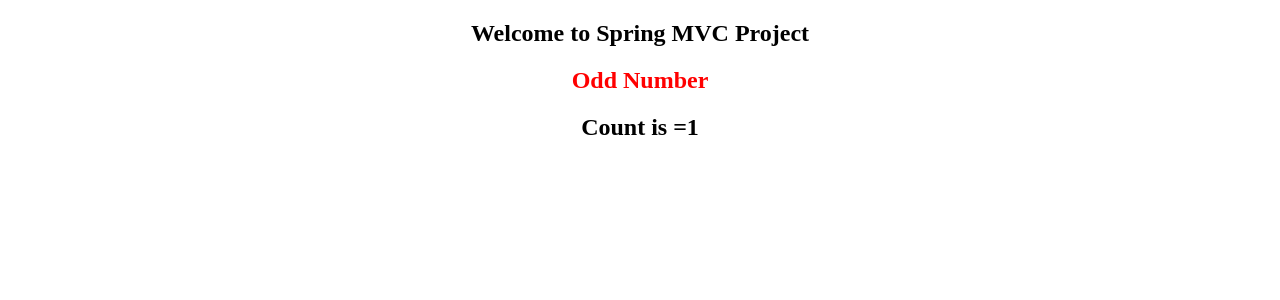
Repository: PragatiShinde16/SpringMVCDemo
Page: http://localhost/SpringMVCProject/views/login.jsp
An editor plug-in stored every save of this project. The page is shown before and after the next save, followed by the edit.
The browser window is 1280 px wide. The pictures show the whole page.
The page is served by Tomcat 9. Other server files are loaded and not shown.

Above is the page before, as saved 2024-08-27 05:11:11.

### SpringMVCProject/src/main/webapp/views/login.jsp
<%@ page language="java" contentType="text/html; charset=ISO-8859-1"
    pageEncoding="ISO-8859-1"%>
<!DOCTYPE html>
<html>
<head>
<meta charset="ISO-8859-1">
<title>Insert title here</title>
</head>
<body style="text-align: center; margin:10px;">
	<h2>Welcome to Spring MVC Project</h2>

	<%!
		int cnt = 0;
	%>
	<%
		cnt++;
		if(cnt % 2 == 0){
			// out.println("Even Number");
	%>
	<h2 style = "color:green;">Even Number</h2>
	<%
		}else{
			// out.println("Odd Number");
	%>
	<h2 style = "color:red;">Odd Number</h2>
	<%
		}
	%>

	<h2>Count is =<%=
		cnt
	%></h2>
</body>
</html>

After the next save:
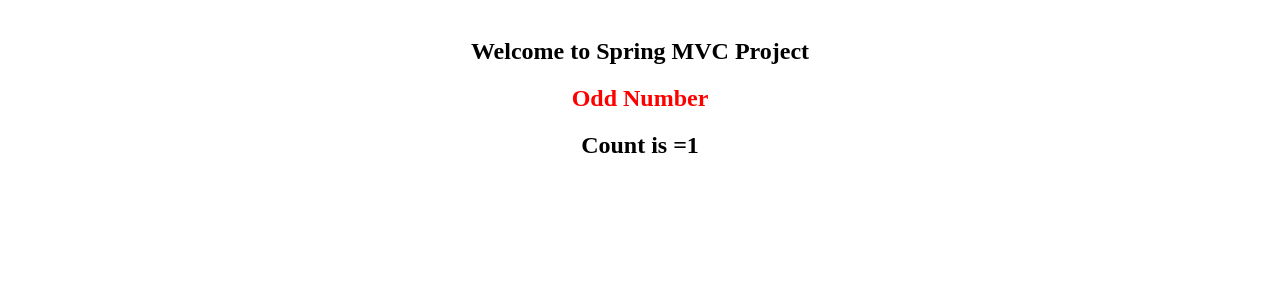
Saved 16 s later.
--- a/SpringMVCProject/src/main/webapp/views/login.jsp
+++ b/SpringMVCProject/src/main/webapp/views/login.jsp
@@ -6,7 +6,7 @@
 <meta charset="ISO-8859-1">
 <title>Insert title here</title>
 </head>
-<body style="text-align: center; margin:10px;">
+<body style="text-align: center; padding:10px;">
 	<h2>Welcome to Spring MVC Project</h2>
 
 	<%!
